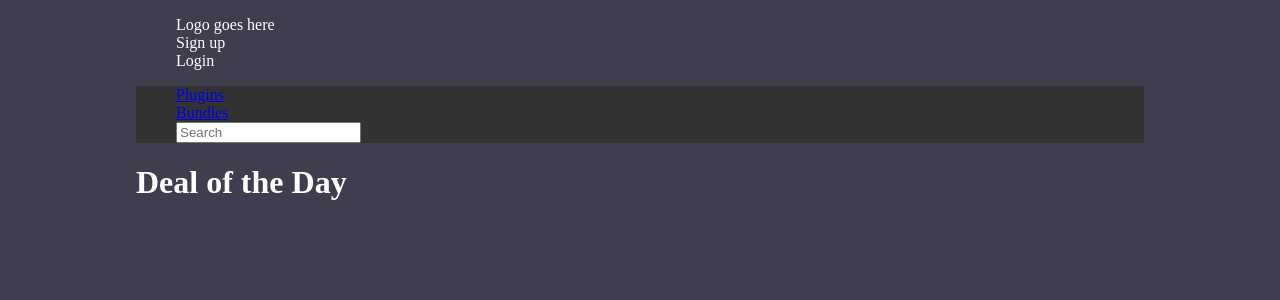
Repository: jigom11791/Wavez
Page: Wavez/Waves-Site/index.html
These files come from the project's save history. The page is drawn as it stood at one moment and after the next save; the edit follows.
The browser window is 1280 px wide. The pictures show the whole page.

Above is the page before, as saved 2020-10-30 17:37:13.

### Wavez/Waves-Site/index.html
<!DOCTYPE html>
<html>
<head>
    <title>Waves Price Tracker</title>
    <link rel="stylesheet" href="style.css">
</head>
<body>
    <div id="container">

        <div id="header">
            <ul>
                <li class="left">Logo goes here</li>
                <li class="left">Sign up</li>
                <li class="right">Login</li>
            </ul>
        </div>
        <div id="top-nav">
            <ul id="nav-bar">
                <li class="left"><a href="#">Plugins</a></li>
                <li class="left"><a href="#">Bundles</a></li>
                <li class="right"><input type="text" placeholder="Search"></li>
            </ul>
        </div>
        <div id="content">
            <h1>Deal of the Day</h1>
        </div>

    </div>
</body>
</html>

### Wavez/Waves-Site/style.css
@import url('https://fonts.googleapis.com/css2?family=Noto+Sans&family=Noto+Sans+JP&display=swap');
@import url('https://fonts.googleapis.com/css2?family=Noto+Sans&display=swap');

body {
    background-color: #3e3e4f;
    color: white;
    font-style: "Noto sans JP", sans-serif;
    padding: 0% 10%;
}

li{
    list-style-type: none;
    margin: 0;
    padding: 0;
    overflow: hidden;
}
#top-nav {
    background-color: #333;
    width: 100%;
}

After the next save:
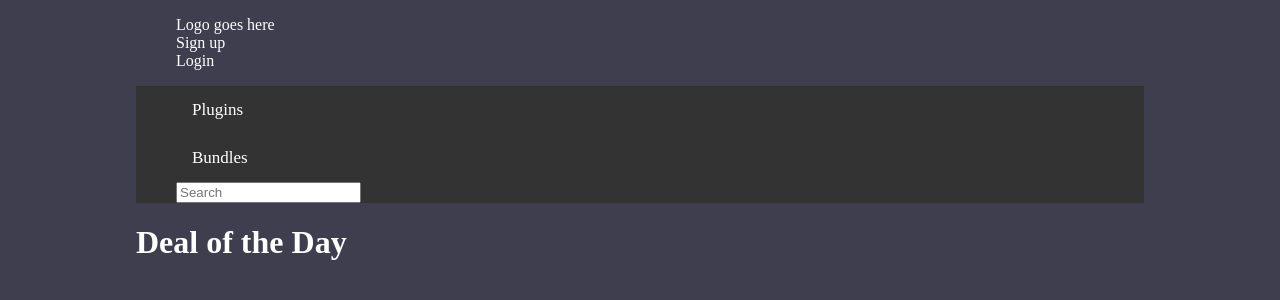
Saved 2 min 52 s later.
--- a/Wavez/Waves-Site/style.css
+++ b/Wavez/Waves-Site/style.css
@@ -18,3 +18,12 @@ li{
     background-color: #333;
     width: 100%;
 }
+#nav-bar a{
+    float: left;
+    display: block;
+    color: white;
+    text-align:center;
+    padding: 14px 16px;
+    text-decoration: none;
+    font-size: 17px;
+}
